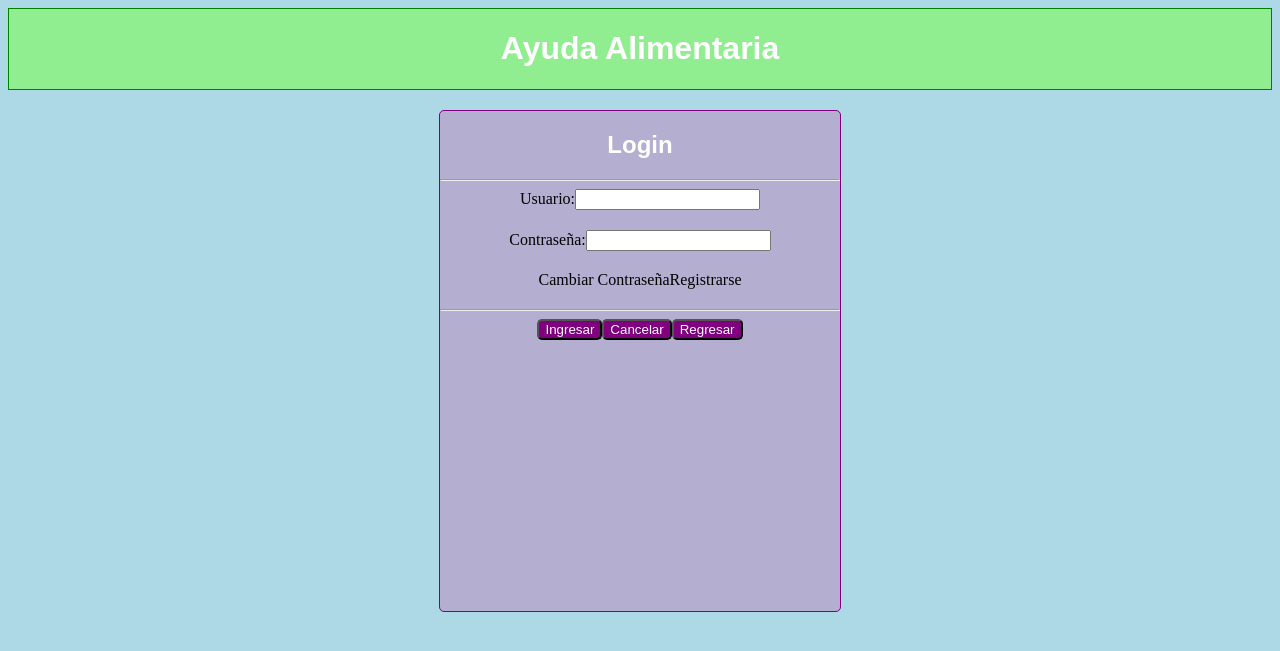
Repository: sonicspeed1/examen1_codigo_bryansantillan
Page: http://localhost/examen_1_bryan_santillan/Login.jsp
The author's editor kept a copy of each file at every save. The page is drawn from the files as they stood at one save, then again after the next save.
The browser window is 1280 px wide. The pictures show the whole page.
The page is served by Tomcat 9. Other server files are loaded and not shown.

Above is the page before, as saved 2024-05-25 16:56:08.

### examen_1_bryan_santillan/src/main/webapp/Login.jsp
<%@ page language="java" contentType="text/html; charset=UTF-8"
    pageEncoding="UTF-8"%>
<!DOCTYPE html>
<html>
<head>
<meta charset="UTF-8">
<title>Login</title>
<link href="estilo.css" rel="stylesheet"/>
</head>
<body class="cuerpo">
<div class="cuadro">
<h1 class="titulo">Ayuda Alimentaria</h1>
</div>
<div class="container">
    <div class="cuadro2">
 <h2 class="titulo2">Login</h2><hr>
 <form action="login.jsp" method="post">
 <label class="item_login">Usuario: <input type="text" name="usuario"></label>
 <label class="item_login">Contraseña: <input type="password" name="contraseña"></label>
 <div class="item_login">
 <a>Cambiar Contraseña</a>
 <a>Registrarse</a>
 </div><hr>
 <div class="item_login">
  <input value="Ingresar" name="ingresar" type="submit" class="button">
 <input value="Cancelar" name="cancelar" type="reset" class="button">
 <input value="Regresar" name="regresar" type="submit" class="button">
 </div>
 </form>
    </div>
</div>
</body>
</html>

### examen_1_bryan_santillan/src/main/webapp/estilo.css
@charset "UTF-8";
.cuerpo{
	background-color: lightblue;
}
.cuadro{
	background-color:lightgreen;
	border: 1px solid green;
	display: block;

}
.cuadro2 {
    background-color: #b4aed0;
    border-radius: 5px;
    border: 1px solid purple;
    height: 500px;
    width: 400px;
}
.titulo{
	color: white;
	transition: color 0.3s, text-shadow 0.3s;
	font-family: 'Comic Sans MS', cursive, sans-serif;
	 text-align: center;
}

.titulo:hover {
    color: blue;
    text-shadow: 2px 2px 5px rgba(0, 0, 0, 0.5);
}
.menu{
	list-style-type: none;
    padding: 0;
    background-color: #80ff80;
    border: 1px solid green;
    margin: 0 auto;
    }
.item {
    display: inline-block;
    position: relative;
}
.container {
    display: flex;
    justify-content: center;
    align-items: center;
    margin-top: 20px;
}
.titulo2{
	color: white;
	transition: color 0.3s, text-shadow 0.3s;
	font-family: 'Comic Sans MS', cursive, sans-serif;
	 text-align: center;
}

.titulo2:hover {
    color: red;
    text-shadow: 2px 2px 5px rgba(0, 0, 0, 0.5);
}
.item_login{
	   display: flex;
    justify-content: center;
    align-items: center;
    margin-bottom: 20px;
}
.button{
	background-color: purple;
	border-radius: 5px;
	color: white;
}

After the next save:
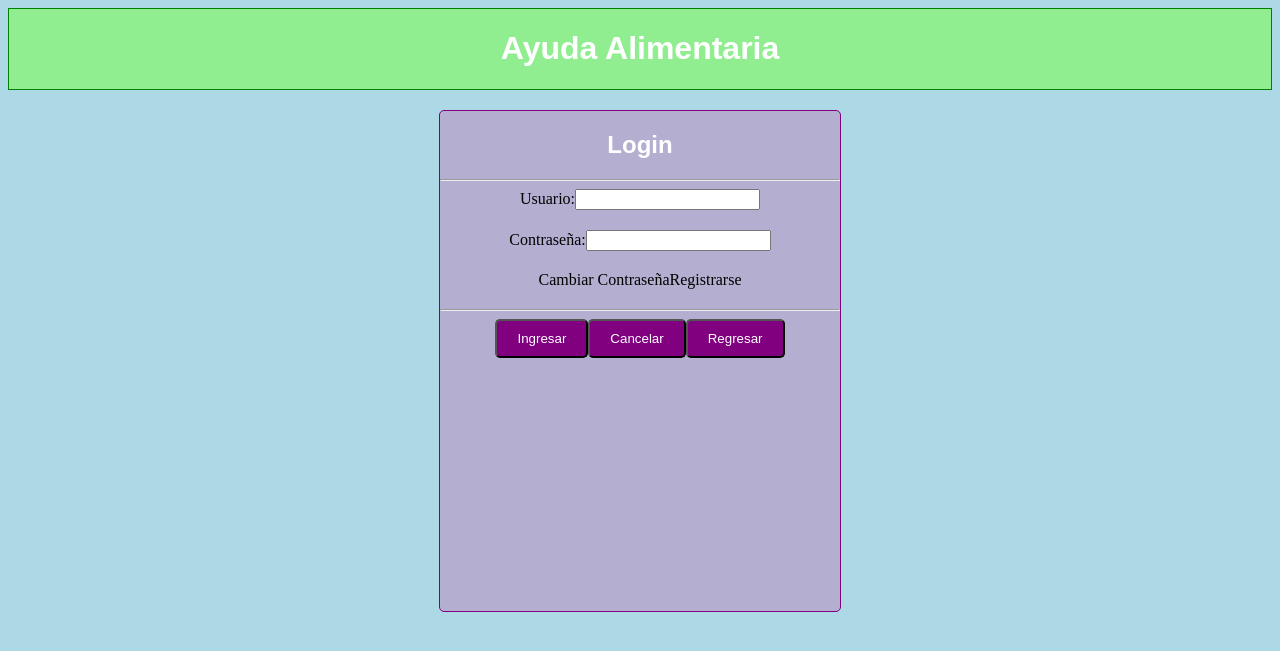
Saved 63 s later.
--- a/examen_1_bryan_santillan/src/main/webapp/estilo.css
+++ b/examen_1_bryan_santillan/src/main/webapp/estilo.css
@@ -64,4 +64,5 @@
 	background-color: purple;
 	border-radius: 5px;
 	color: white;
+	padding: 10px 20px;
 }
